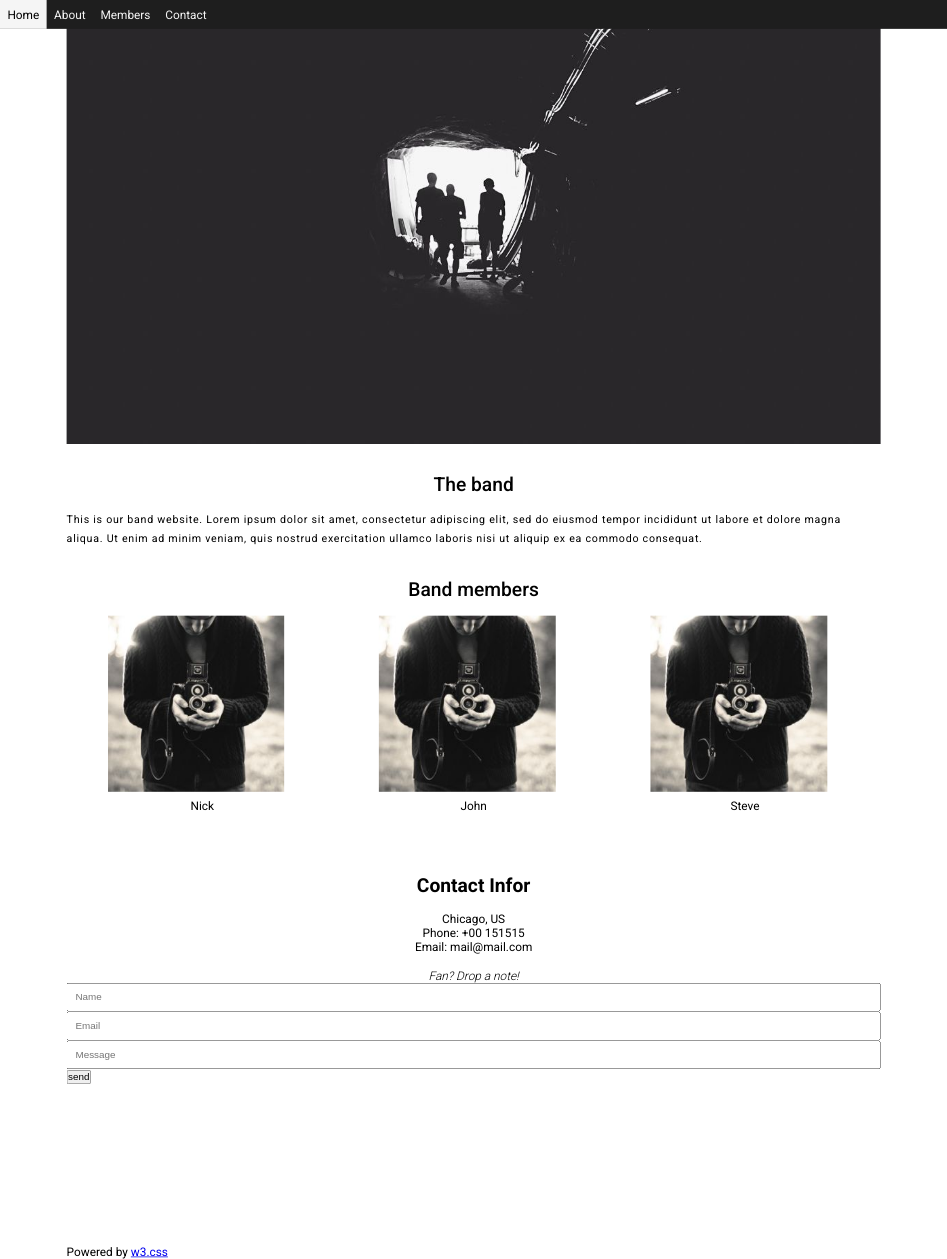
Repository: hieu-22/w3_band_UI
Page: index.html
An editor plug-in stored every save of this project. The page is shown before and after the next save, followed by the edit.
The browser window is 1280 px wide. The pictures show the whole page, at 74% of full size.

Above is the page before, as saved 2022-12-30 10:29:07.

### index.html
<!DOCTYPE html>
<html lang="en">
<head>
    <meta charset="UTF-8">
    <meta http-equiv="X-UA-Compatible" content="IE=edge">
    <meta name="viewport" content="width=device-width, initial-scale=1.0">
    <title>The band - by w3school</title>
    <link rel="stylesheet" href="assets/css/style.css">
    <link rel="preconnect" href="https://fonts.googleapis.com"><link rel="preconnect" href="https://fonts.gstatic.com" crossorigin><link href="https://fonts.googleapis.com/css2?family=Roboto:wght@100;300;400;500;700&display=swap" rel="stylesheet">
</head>
<body>
    <header class="header">
        <nav class="navigation-bar">
            <ul class="navigation-bar__list">
                <li class="navigation-bar__list-item">
                    Home
                </li>
                <li class="navigation-bar__list-item">
                    About
                </li>
                <li class="navigation-bar__list-item">
                    Members
                </li>
                <li class="navigation-bar__list-item">
                    Contact
                </li>
            </ul>
        </nav>
        <div class="banner"></div>
    </header>

    <main class="content">
        <div class="content__about">
            <h2 class="content__about-name">The band</h2>
            <p class="content__about-description"> This is our band website. Lorem ipsum dolor sit amet, consectetur adipiscing elit, sed do eiusmod tempor incididunt ut labore et dolore magna aliqua. Ut enim ad minim veniam, quis nostrud exercitation ullamco laboris nisi ut aliquip ex ea commodo consequat.
            </p>
        </div>
        <!-- end about -->

        <div class="content__members">
            <h2 class="content__members-header">Band members</h2>
            <div class="content__members-container">
                <div class="member">
                    <div class="member__img">
                        <img src="/assets/img/img_bandmember.jpg" alt="band member">
                    </div>
                    <p class="member__name">Nick</p>
                </div>
                <!-- member1 -->
                <div class="member">
                    <div class="member__img">
                        <img src="/assets/img/img_bandmember.jpg" alt="band member">
                    </div>
                    <p class="member__name">John</p>
                </div>
                <!-- member2 -->
                <div class="member">
                    <div class="member__img">
                        <img src="/assets/img/img_bandmember.jpg" alt="band member">
                    </div>
                    <p class="member__name">Steve</p>
                </div>
                <!-- member3 -->
            </div>
        </div>
        <!-- end members -->
        <div class="content__contact-infor">
            <h2 class="contact-infor__header">Contact Infor</h2>
            <address class="contact-infor__address">
                Chicago, US</br>
                Phone: +00 151515</br>
                Email: mail@mail.com
            </address>
            <div class="contact-infor__form">
                <h3 class="contact-infor__form-title">Fan? Drop a note!</h3>
            <form action="#">
                <input type="text" placeholder="Name" name="name">
                <input type="email" placeholder="Email">
                <input type="text" placeholder="Message">
                <button>send</button>
            </form>
            </div>
            <div class="contact-infor__banner"></div>
        </div>
    </main>

    <footer>
        <p>Powered by <a href="#">w3.css</a></p>
    </footer>
</body>
</html>

### assets/css/style.css
* {
    box-sizing: border-box;
    padding: 0;
    margin: 0;

}

html {
    font-family: 'Roboto', sans-serif;
    font-size: 16px;
    width: 1100px;
    margin: auto;
}

.header {
    height: 600px;
}

.navigation-bar {
    position: absolute;
    top: 0;
    left: 0;
    width: 100%;
    background-color: rgb(30, 30, 30);
}

.navigation-bar__list {
    display: flex;
    justify-content: flex-start;
    align-items: center;
    border-radius: 2px;
    list-style-type: none;
}

.navigation-bar__list-item {
    padding: 10px;
    color: whitesmoke;
}
.navigation-bar__list-item:hover {
    background-color: whitesmoke;
    color: black;
    cursor: pointer;
}

.banner {
    height: 100%;
    width: auto;
    background-image: url('../img/img_la.jpg');
    background-size: cover;
}
/* main content */
.content__about {
    margin-top: 20px;
}

.content__about-name {
    font-weight: 500;
    text-align: center;
    font-size: 26px;
    padding: 20px 0;
}

.content__about-description {
    letter-spacing: 1px;
    line-height: 26px;
    font-size: 0.9rem;
}
/* end about */

.content__members {
    height: 400px;
    margin-top: 20px;
}
.content__members-header {
    font-weight: 500;
    text-align: center;
    width: 100%;
    padding: 20px 0;
    font-size: 26px;
}
.content__members-container {
    display: flex;
    justify-content: space-around;
}

.member__img {
    height: 80%;
}

.member__img img {
    height: 100%;
}

.member__name {
    text-align: center;
    padding: 10px;
}
/* end member */

.content__contact-infor {
    height: 500px;
    margin-top: 20px;
}

.content__contact-infor .contact-infor__header {
    margin: 20px 0;
    text-align: center;
    font-size: 26px;
}

.content__contact-infor .contact-infor__address {
    margin: 20px 0;
    text-align: center;
    font-style: normal;
}

.content__contact-infor .contact-infor__form-title {
    font-style: italic;
    font-weight: 300;
    font-size: 16px;
    text-align: center;
}

input {
    width: 100%;
    padding: 10px;
}

After the next save:
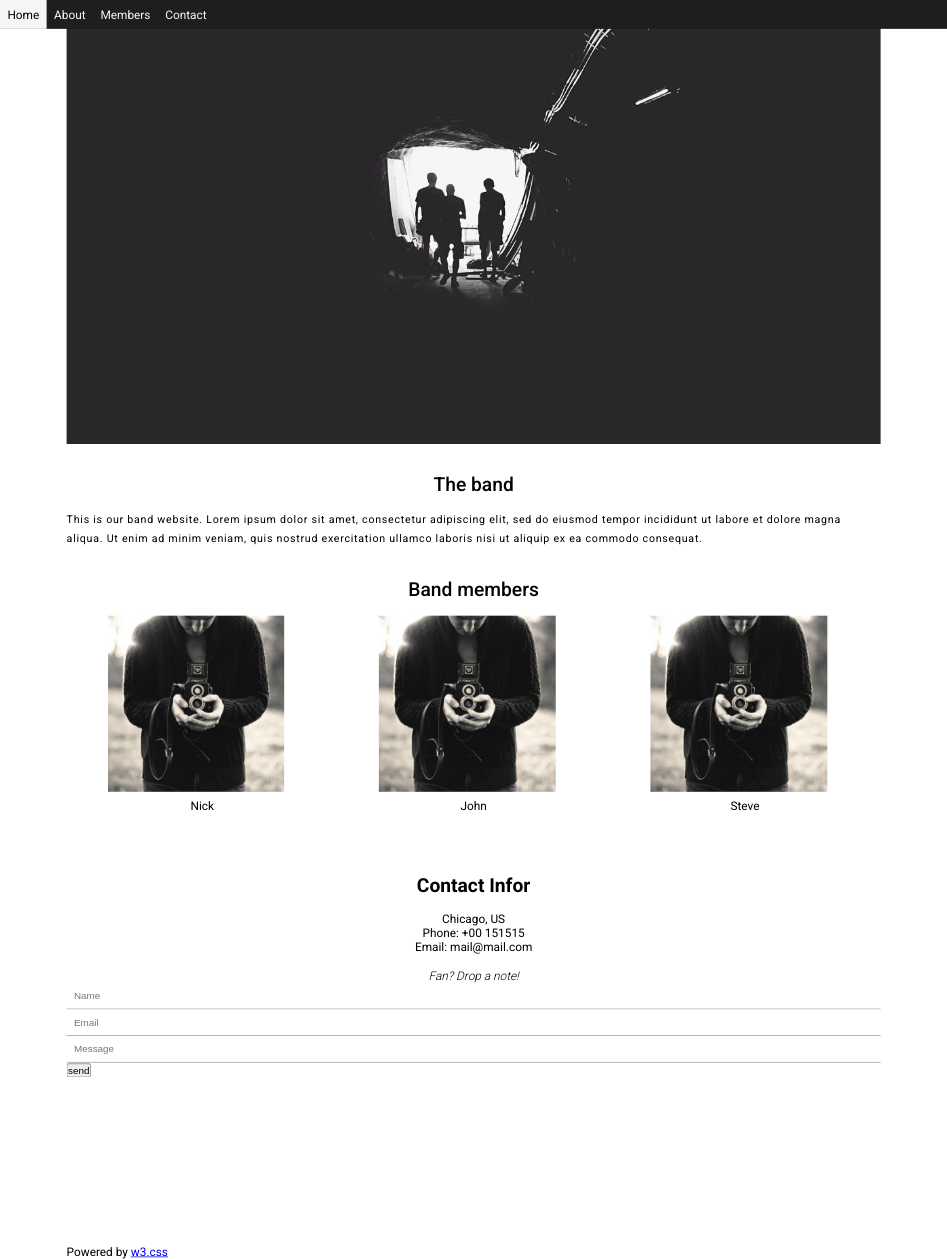
Saved 38 s later.
--- a/assets/css/style.css
+++ b/assets/css/style.css
@@ -124,4 +124,6 @@ html {
 input {
     width: 100%;
     padding: 10px;
+    border: none;
+    border-bottom: 1px solid rgb(158, 158, 158);
 }
